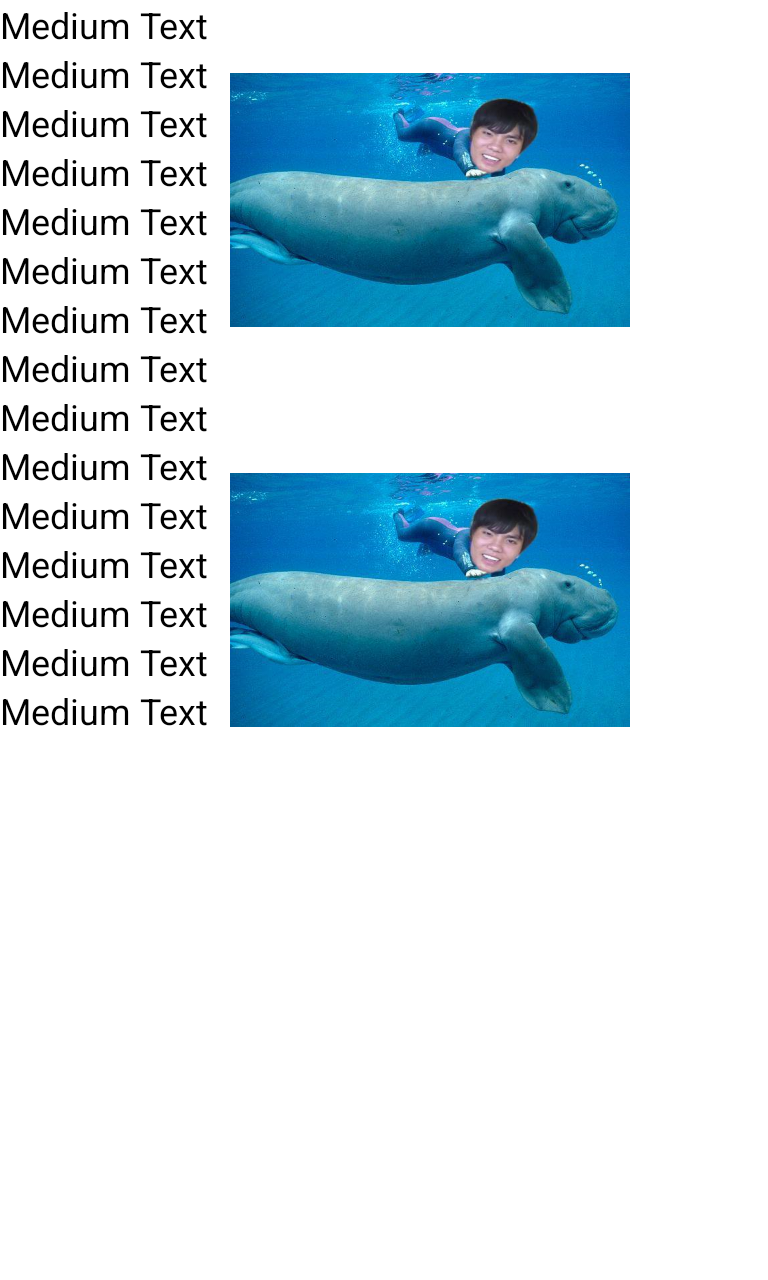
Repository: hieu19926/Non_cable_networking
Layout: SecondGraders/res/layout/mucluc.xml
These files come from the project's save history. The layout is drawn as it stood at one moment and after the next save; the edit follows.
It is drawn on a 768 x 1280 px phone screen (xhdpi) without system bars, with theme AppTheme; the app's code is not run.

Above is the layout before, as saved 2014-10-05 09:21:24.

After the next save:
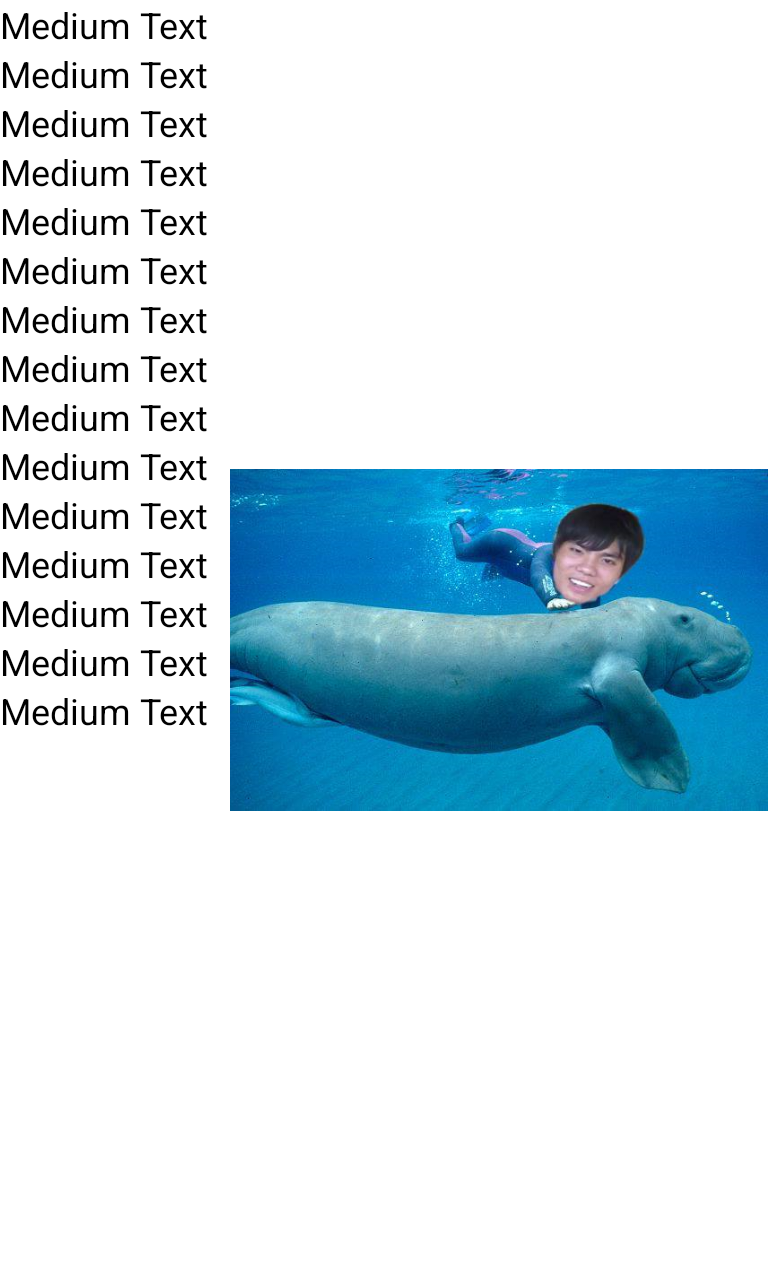
Saved 56 s later.
--- a/SecondGraders/res/layout/mucluc.xml
+++ b/SecondGraders/res/layout/mucluc.xml
@@ -130,15 +130,10 @@
         android:id="@+id/imageView1"
         android:layout_width="200dp"
         android:layout_height="200dp"
+        android:layout_alignParentBottom="true"
+        android:layout_alignParentRight="true"
+        android:layout_alignParentTop="true"
         android:layout_toRightOf="@+id/scrollView1"
         android:src="@drawable/ca_kua" />
 
-    <ImageView
-        android:id="@+id/imageView2"
-        android:layout_width="200dp"
-        android:layout_height="200dp"
-        android:layout_toRightOf="@+id/scrollView1"
-        android:layout_below="@+id/imageView1"
-        android:src="@drawable/ca_kua" />
-
 </RelativeLayout>
